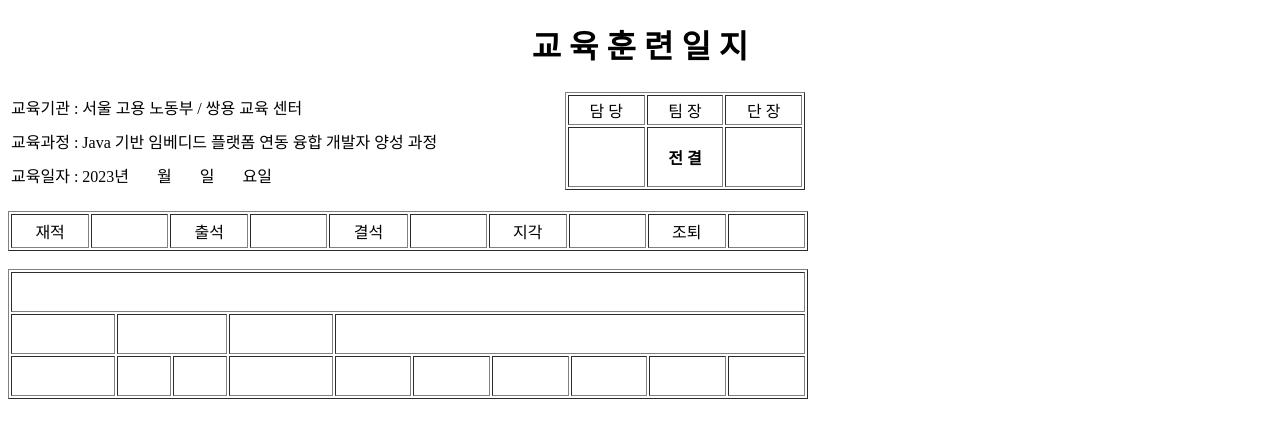
Repository: sujin9335/Front-end
Page: ClientTest/src/main/webapp/html/문제/12,html.html
The author's editor kept a copy of each file at every save. The page is drawn from the files as they stood at one save, then again after a run of saves.
The browser window is 1280 px wide. The pictures show the whole page.

Above is the page before, as saved 2023-09-21 03:46:12.

After the next 2 saves:
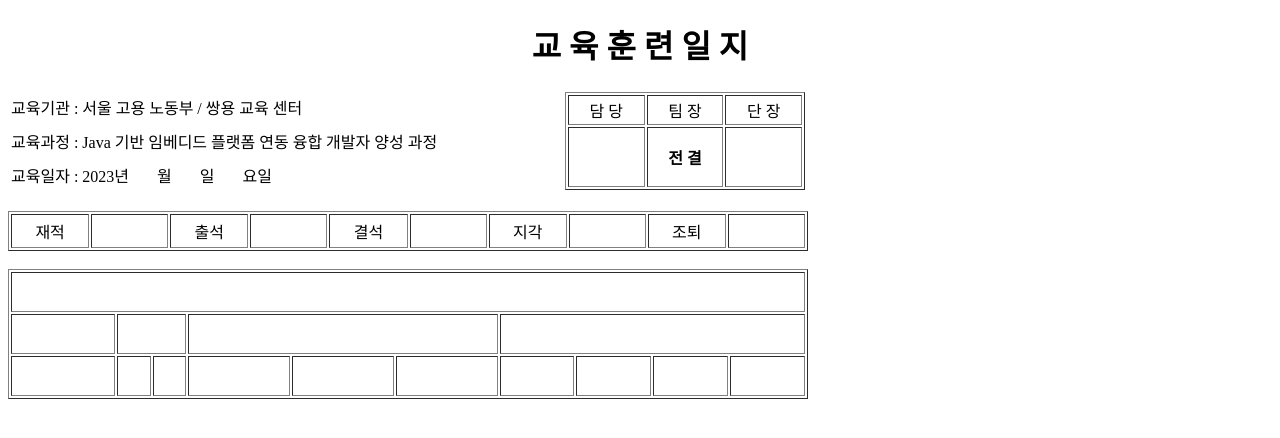
The 2 saves are shown as one change because they came seconds apart.
The last was saved 19 s later.
--- a/ClientTest/src/main/webapp/html/문제/12,html.html
+++ b/ClientTest/src/main/webapp/html/문제/12,html.html
@@ -56,7 +56,7 @@
 	<tr height="40">
 		<td align="center" colspan="1" width="100"></td>
 		<td align="center" colspan="2" width="20"></td>
-		<td align="center" width="100"></td>
+		<td align="center" colspan="3" width="100"></td>
 		<td align="center" colspan="6" width="100"></td>
 	</tr>
 	<tr height="40">

After the save that followed:
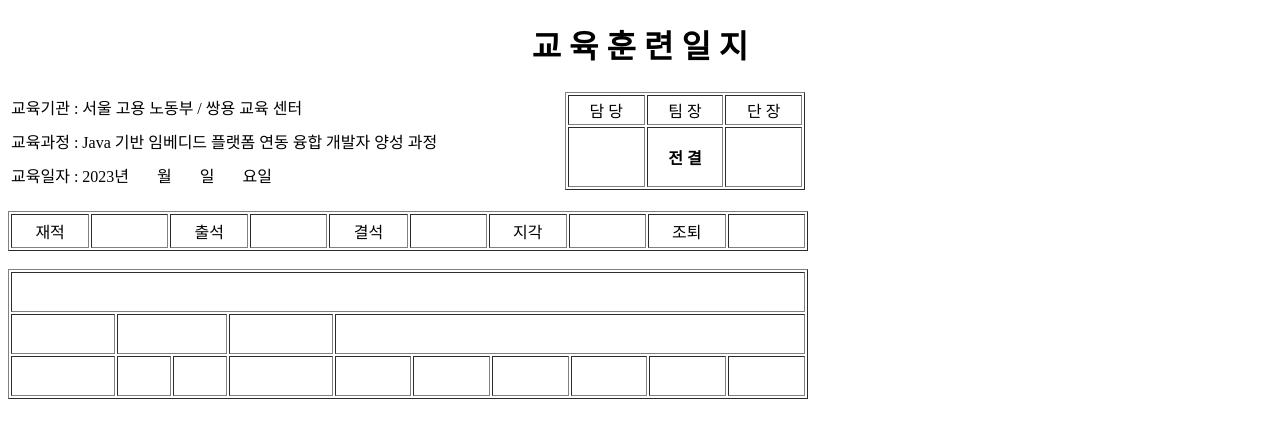
Saved 4 s later.
--- a/ClientTest/src/main/webapp/html/문제/12,html.html
+++ b/ClientTest/src/main/webapp/html/문제/12,html.html
@@ -56,7 +56,7 @@
 	<tr height="40">
 		<td align="center" colspan="1" width="100"></td>
 		<td align="center" colspan="2" width="20"></td>
-		<td align="center" colspan="3" width="100"></td>
+		<td align="center" colspan="1" width="100"></td>
 		<td align="center" colspan="6" width="100"></td>
 	</tr>
 	<tr height="40">
